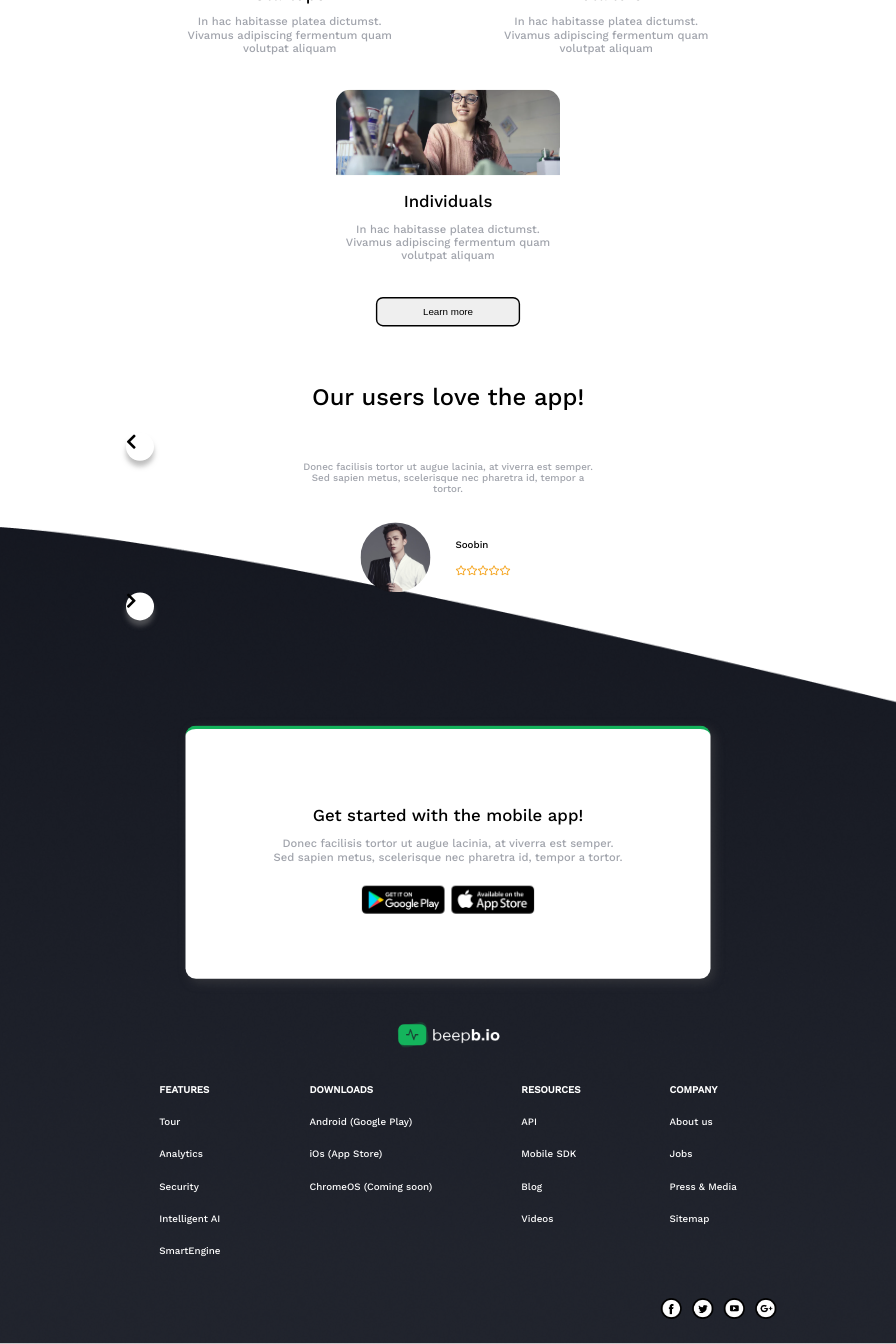
Repository: thinhnguyen347/thinhnguyen347.github.io
Page: cut-html-css/index.html
These files come from the project's save history. The page is drawn as it stood at one moment and after a run of saves; the edit follows.
The browser window is 1280 px wide. The pictures show the part of the page from y = 3415 to 5335 px (the page is 5335 px tall before and 5255 px after), at 70% of full size.

Above is the page before, as saved 2021-11-10 17:02:37.

After the next 2 saves:
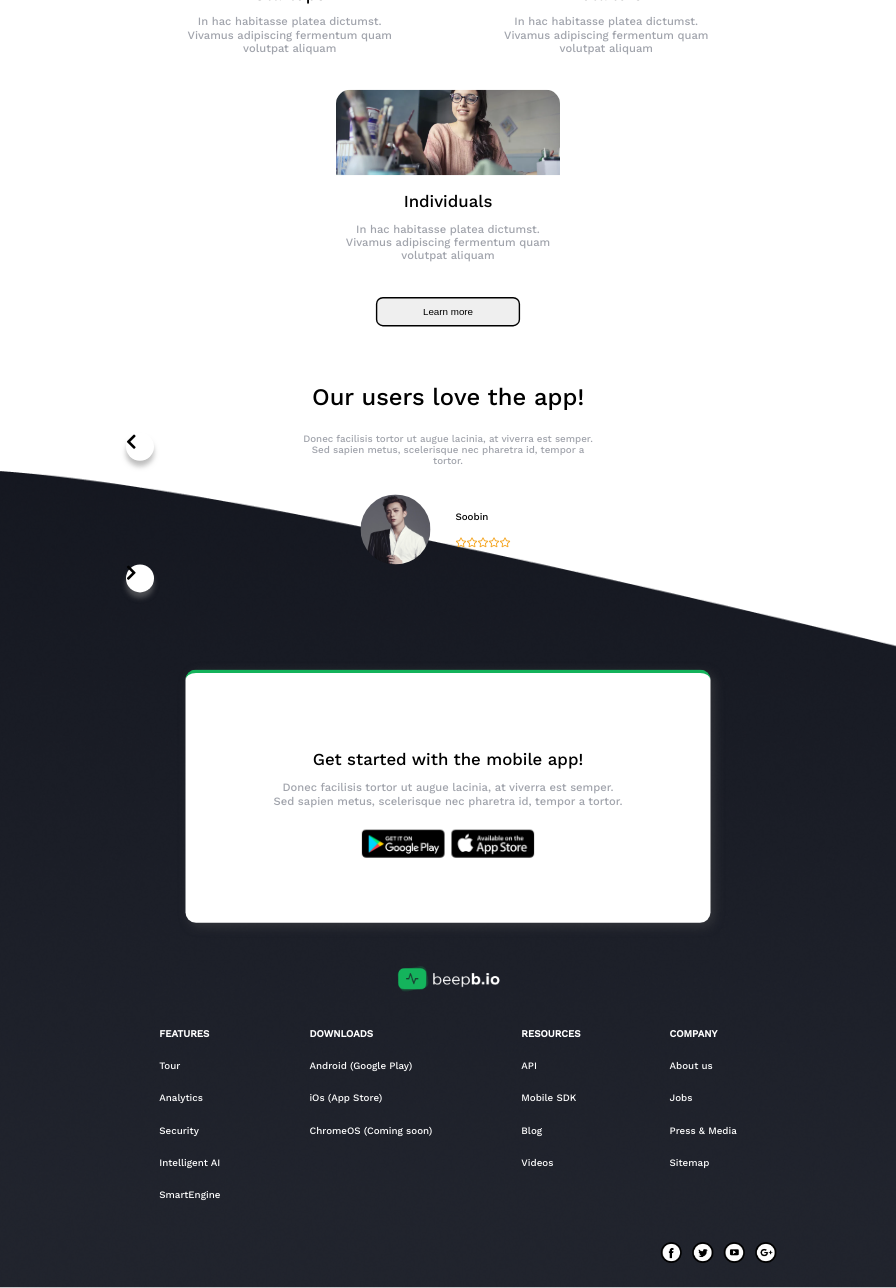
The 2 saves are shown as one change because they came seconds apart.
The last was saved 27 s later.
--- a/cut-html-css/css/style.css
+++ b/cut-html-css/css/style.css
@@ -521,6 +521,7 @@ img.oval-black {
   height: 40px;
   width: 40px;
   border-radius: 50%;
+  position: absolute
 
 }
 
